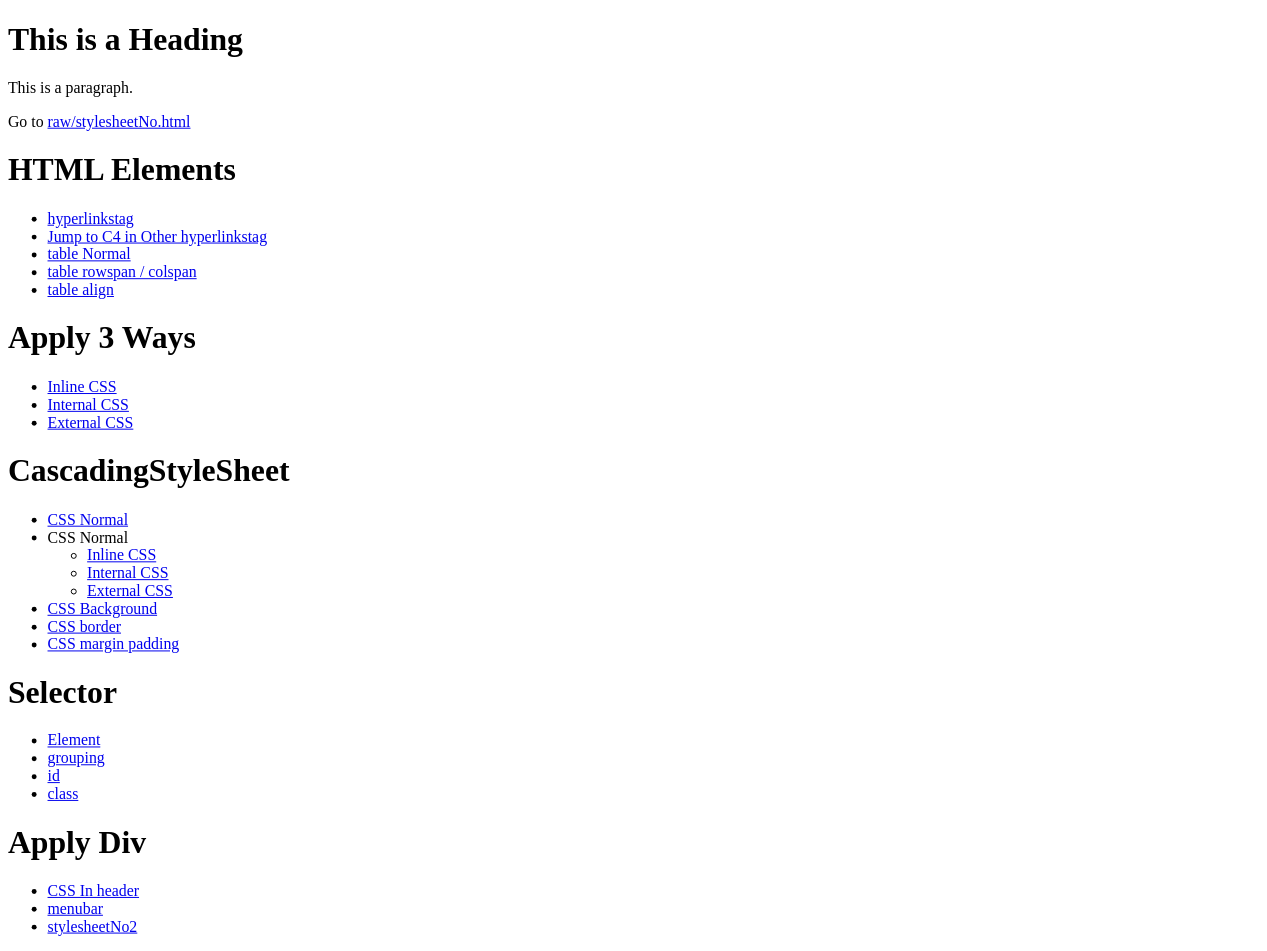
Repository: SanghunOh/learn_publising
Page: HtmlCss/WebContent/index.html
These files come from the project's save history. The page is drawn as it stood at one moment and after the next save; the edit follows.
The browser window is 1280 px wide. The pictures show the whole page, at 99% of full size.

Above is the page before, as saved 2018-05-07 02:52:36.

After the next save:
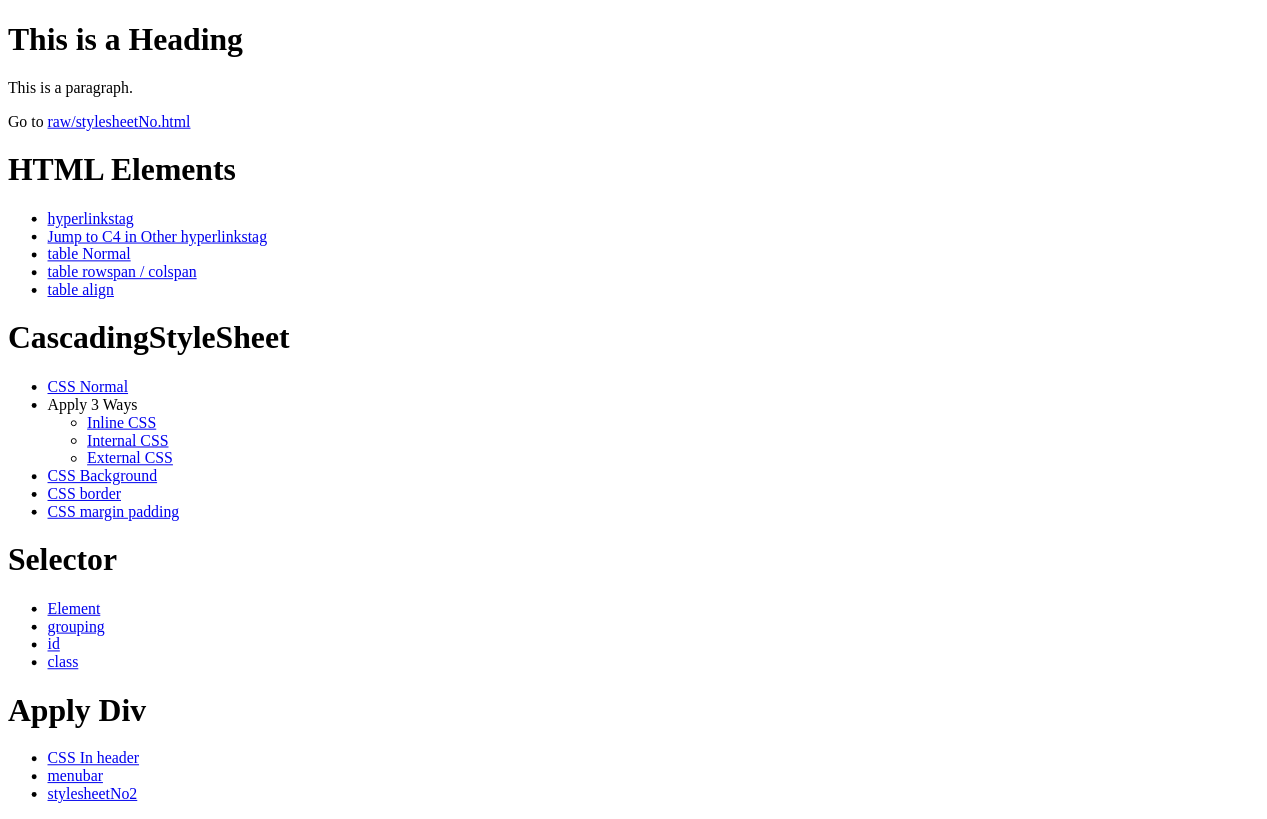
Saved 15 s later.
--- a/HtmlCss/WebContent/index.html
+++ b/HtmlCss/WebContent/index.html
@@ -24,17 +24,10 @@
 		<li><a href="htmlelements/table_align.html">table align</a></li>
 	</ul>
 
-	<h1>Apply 3 Ways</h1>
-	<ul>
-		<li><a href="3waysCSS/inline.html">Inline CSS</a></li>
-		<li><a href="3waysCSS/internal.html">Internal CSS</a></li>
-		<li><a href="3waysCSS/external.html">External CSS</a></li>
-	</ul>
-
 	<h1>CascadingStyleSheet</h1>
 	<ul>
 		<li><a href="CascadingStyleSheet/css_normal.html">CSS Normal</a></li>
-		<li>CSS Normal
+		<li>Apply 3 Ways
 			<ul>
 				<li><a href="3waysCSS/inline.html">Inline CSS</a></li>
 				<li><a href="3waysCSS/internal.html">Internal CSS</a></li>
